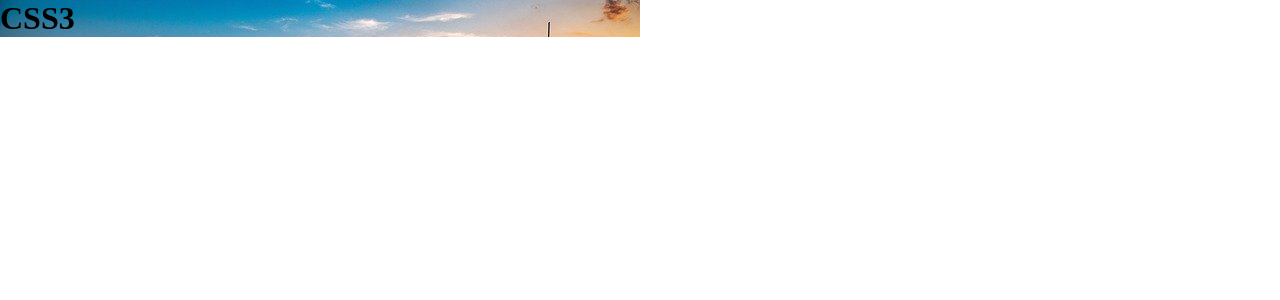
Repository: topyoungil/CodeMemories-ByJake
Page: HTML_CSS/WebContent/test/1003_css/position-2.html
An editor plug-in stored every save of this project. The page is shown before and after the next save, followed by the edit.
The browser window is 1280 px wide. The pictures show the whole page.

Above is the page before, as saved 2022-10-03 06:52:08.

### HTML_CSS/WebContent/test/1003_css/position-2.html
<!DOCTYPE html>
<html>
<head>
<meta charset="UTF-8">
<title>Insert title here</title>
<style>
	* {
		box-sizing: border-box;
		margin: 0;
		padding: 0;
	}

	#contents {
		background: url("../images/bg.jpg") no-repeat;
	}
</style>
</head>
<body>
	<div id="contents">
		<h1>CSS3</h1>
	</div>
</body>
</html>

After the next save:
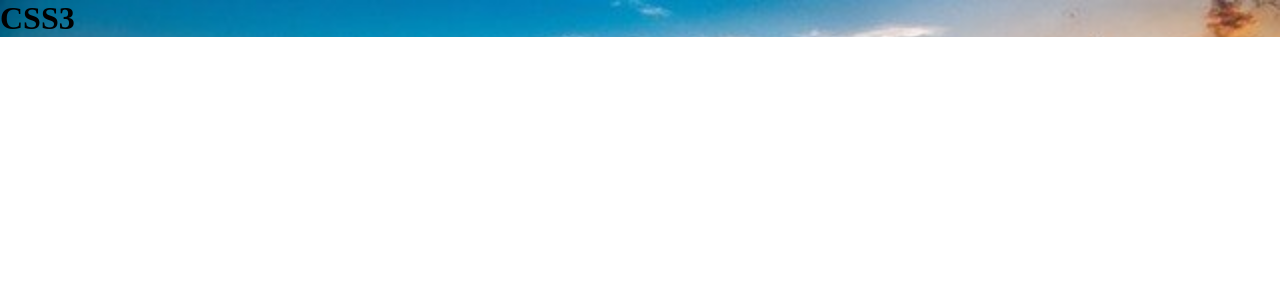
Saved 17 s later.
--- a/HTML_CSS/WebContent/test/1003_css/position-2.html
+++ b/HTML_CSS/WebContent/test/1003_css/position-2.html
@@ -12,6 +12,7 @@
 
 	#contents {
 		background: url("../images/bg.jpg") no-repeat;
+		background-size: cover;
 	}
 </style>
 </head>
